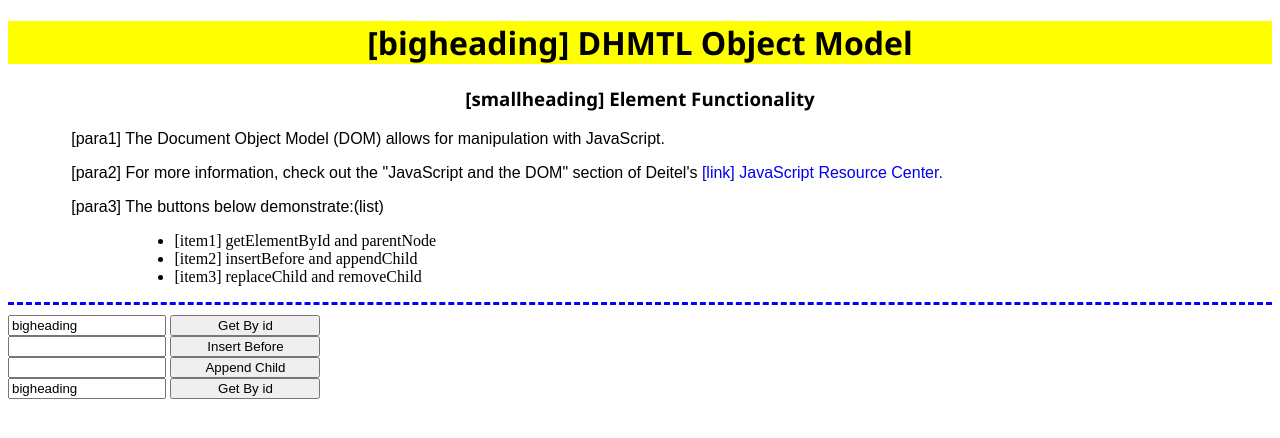
Repository: mlmEFSC21/P21-DOM-html
Page: dom.html
These files come from the project's save history. The page is drawn as it stood at one moment and after the next save; the edit follows.
The browser window is 1280 px wide. The pictures show the whole page.

Above is the page before, as saved 2022-04-13 14:55:53.

### dom.html
<!DOCTYPE html>
<!-- Fig. 12.4: dom.html -->
<!-- Basic DOM functionality -->
<html lang="en">
    <head>
        <meta charset="UTF-8" />
        <meta http-equiv="X-UA-Compatible" content="IE=edge" />
        <meta name="viewport" content="width=device-width, initial-scale=1.0" />
        <title>Basic DOM Functionality</title>
        <link rel="stylesheet" href="style.css" />
        <script src="dom.js"></script>
    </head>
    <body>
        <h1 id="bigheading" class="highlighted">[bigheading] DHMTL Object Model</h1>
        <h3 id="smallheading">[smallheading] Element Functionality</h3>
        <p id="para1">
            [para1] The Document Object Model (DOM) allows for manipulation with JavaScript.
        </p>
        <p id="para2">
            [para2] For more information, check out the "JavaScript and the DOM" section of Deitel's
            <a href="https://deitel.com/javascript" id="link">[link] JavaScript Resource Center.</a>
        </p>
        <p id="para3">[para3] The buttons below demonstrate:(list)</p>
        <ul id="list">
            <li id="item1">[item1] getElementById and parentNode</li>
            <li id="item2">[item2] insertBefore and appendChild</li>
            <li id="item3">[item3] replaceChild and removeChild</li>
        </ul>
        <div id="nav" class="nav">
            <form onsubmit="return false" action="#">
                <p>
                    <input type="text" value="bigheading" id="gbi" />
                    <input type="button" value="Get By id" id="byIdButton" />
                </p>
                <p>
                    <input type="text" id="ins" />
                    <input type="button" value="Insert Before" id="insertButton" />
                </p>
                <p>
                    <input type="text" id="append" />
                    <input type="button" value="Append Child" id="appendButton" />
                </p>
                <p>
                    <input type="text" value="bigheading" id="gbi" />
                    <input type="button" value="Get By id" id="byIdButton" />
                </p>
            </form>
        </div>
    </body>
</html>

### style.css
/* Fig. 12.3: style.css */
/* CSS for dom.html */

h1,
h3 {
    text-align: center;
    font-family: "Segoe UI", Tahoma, Geneva, Verdana, sans-serif;
}
p {
    margin-left: 5%;
    margin-right: 5%;
    font-family: arial, helvetica, sans-serif;
}
ul {
    margin-left: 10%;
}
a {
    text-decoration: none;
}
a:hover {
    text-decoration: underline;
}
.nav {
    width: 100%;
    border-top: 3px dashed blue;
    padding-top: 10px;
}
.highlighted {
    background-color: yellow;
}
input {
    width: 150px;
}
form > p {
    margin: 0px;
}

Loaded but not shown: dom.js (no copy from this time; the picture is the same without it)

After the next save:
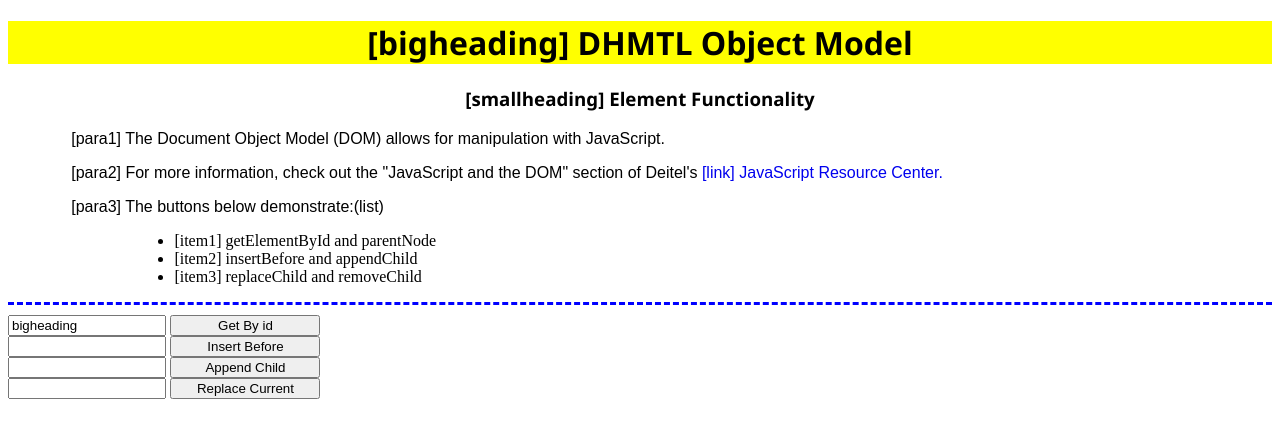
Saved 91 s later.
--- a/dom.html
+++ b/dom.html
@@ -41,8 +41,8 @@
                     <input type="button" value="Append Child" id="appendButton" />
                 </p>
                 <p>
-                    <input type="text" value="bigheading" id="gbi" />
-                    <input type="button" value="Get By id" id="byIdButton" />
+                    <input type="text" id="replace" />
+                    <input type="button" value="Replace Current" id="replaceButton" />
                 </p>
             </form>
         </div>
